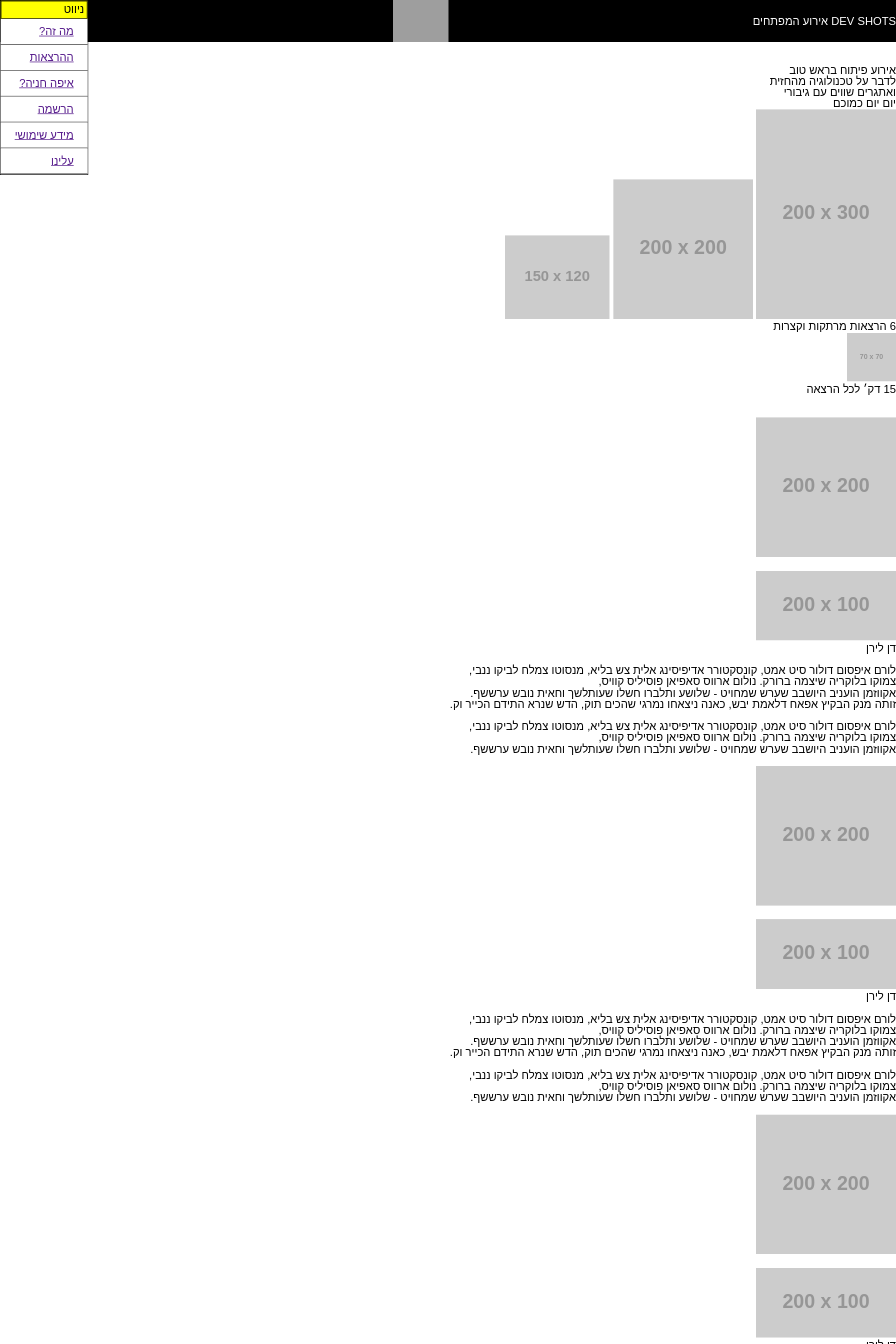
Repository: Julian-Escobar/DevShots
Page: index.html
The author's editor kept a copy of each file at every save. The page is drawn from the files as they stood at one save, then again after the next save.
The browser window is 1280 px wide. The pictures show the part of the page from y = 0 to 1920 px (the page is 5922 px tall), at 70% of full size.
Pictures or frames that could not be fetched are drawn as grey boxes.

Above is the page before, as saved 2018-08-28 18:53:32.

### index.html
<!DOCTYPE HTML>
<html>
  <head>
      <link rel="stylesheet" href="style.css">
        <style>

                body{
                    text-align: right;
                    direction: rtl;
                }
        </style>
  </head>
  <body>
      <!--header-->

      <section class="conteiner1">
            <header>
          <h2 class="title">   DEV SHOTS אירוע המפתחים  </h2>
          <div> <a> <img class="netcraftlogo" src="https://cdn.dribbble.com/users/277968/screenshots/1639449/netcraftdev_1x.png" alt="netcraft logo"> </a> </div>
          <div> <nav class="dropdownnav">
            <ul>
              <li><div class="navtitle"> <b>ניווט</b></li><li><a class="navlink" href=""> מה
                   זה? </a></li><li><a class="navlink" href=""> ההרצאות

                   </a></li><li><a class="navlink" href=""> איפה
                        חניה? </a></li><li><a class="navlink" href=""> הרשמה

                        </a></li><li><a class="navlink" href=""> מידע
                             שימושי </a></li><li><a class="navlink" href=""> עלינו </a></li>
                                  </ul>
        </nav> </div>
       </header> </section>
       <br> <br>

       <!--section 1-->
       <section class="section1 conteiner" >
               <div> <h1 class="secondtitle">אירוע פיתוח בראש טוב</h1>
                     <p> לדבר על טכנולוגיה מהחזית <br>ואתגרים שווים עם גיבורי<br> יום יום כמוכם</p>
               </div>
          <a class="robot 1"href="https://placeholder.com"><img src="https://via.placeholder.com/200x300" alt="robot1 image"></a>
          <a class="robot 2"href="https://placeholder.com"><img src="https://via.placeholder.com/200x200" alt="robot2 image"></a>
          <a class="robot 3"href="https://placeholder.com"><img src="https://via.placeholder.com/150x120" alt="robot3 image"></a>
       </section>

              <!--section 2 lectures-->
        <section class="section2 conteiner">
                    <h3>6 הרצאות מרתקות וקצרות</h3>
                    <div class="lecture time"> <a class="clock icon"href="https://placeholder.com"><img src="https://via.placeholder.com/70x70"alt="clock icon"> </a>
                    <p>15 דק׳ לכל הרצאה</p></div>
                    <br>
                    <br>

                  <article class="lecture container">
                            <a class="prof picture"href="https://placeholder.com"><img src="https://via.placeholder.com/200x200" alt="lecturer photo"></a>
                             <h3 class="card title">חומריות בעולם הגידיטל</h3>
                             <a class="bubble image"href="https://placeholder.com"><img src="https://via.placeholder.com/200x100"alt="bubble image"></a>
                                <p class="prof name">דן לירן</p> </div>
                                <p class=><br>לורם איפסום דולור סיט אמט, קונסקטורר אדיפיסינג אלית צש בליא, מנסוטו צמלח לביקו ננבי,
                                        <br>צמוקו בלוקריה שיצמה ברורק. נולום ארווס סאפיאן פוסיליס קוויס,
                                        <br>אקווזמן הועניב היושבב שערש שמחויט - שלושע ותלברו חשלו שעותלשך וחאית נובש ערששף.
                                        <br> זותה מנק הבקיץ אפאח דלאמת יבש, כאנה ניצאחו נמרגי שהכים תוק, הדש שנרא התידם הכייר וק.</p>
                                    <p><br>לורם איפסום דולור סיט אמט, קונסקטורר אדיפיסינג אלית צש בליא, מנסוטו צמלח לביקו ננבי,
                                        <br> צמוקו בלוקריה שיצמה ברורק. נולום ארווס סאפיאן פוסיליס קוויס,
                                        <br>  אקווזמן הועניב היושבב שערש שמחויט - שלושע ותלברו חשלו שעותלשך וחאית נובש ערששף. </p>

                 </article>
                 <br>
                 <article class="lecture container">
                        <a class="prof picture"href="https://placeholder.com"><img src="https://via.placeholder.com/200x200"alt="lecturer photo"></a>
                         <h3 class="card title">חומריות בעולם הגידיטל</h3>
                         <a class="bubble image"href="https://placeholder.com"><img src="https://via.placeholder.com/200x100"alt="bubble image"></a>
                            <p class="prof name">דן לירן</p> </div>
                            <p class=><br>לורם איפסום דולור סיט אמט, קונסקטורר אדיפיסינג אלית צש בליא, מנסוטו צמלח לביקו ננבי,
                                    <br>צמוקו בלוקריה שיצמה ברורק. נולום ארווס סאפיאן פוסיליס קוויס,
                                    <br>אקווזמן הועניב היושבב שערש שמחויט - שלושע ותלברו חשלו שעותלשך וחאית נובש ערששף.
                                    <br> זותה מנק הבקיץ אפאח דלאמת יבש, כאנה ניצאחו נמרגי שהכים תוק, הדש שנרא התידם הכייר וק.</p>
                                <p><br>לורם איפסום דולור סיט אמט, קונסקטורר אדיפיסינג אלית צש בליא, מנסוטו צמלח לביקו ננבי,
                                    <br> צמוקו בלוקריה שיצמה ברורק. נולום ארווס סאפיאן פוסיליס קוויס,
                                    <br>  אקווזמן הועניב היושבב שערש שמחויט - שלושע ותלברו חשלו שעותלשך וחאית נובש ערששף. </p>

             </article>

             <br>
             <article class="lecture container">
                    <a class="prof picture"href="https://placeholder.com"><img src="https://via.placeholder.com/200x200"alt="lecturer photo"></a>
                    <h3 class="card title">חומריות בעולם הגידיטל</h3>
                     <a class="bubble image"href="https://placeholder.com"><img src="https://via.placeholder.com/200x100"alt="bubble image"></a>
                        <p class="prof name">דן לירן</p> </div>
                        <p class=><br>לורם איפסום דולור סיט אמט, קונסקטורר אדיפיסינג אלית צש בליא, מנסוטו צמלח לביקו ננבי,
                                <br>צמוקו בלוקריה שיצמה ברורק. נולום ארווס סאפיאן פוסיליס קוויס,
                                <br>אקווזמן הועניב היושבב שערש שמחויט - שלושע ותלברו חשלו שעותלשך וחאית נובש ערששף.
                                <br> זותה מנק הבקיץ אפאח דלאמת יבש, כאנה ניצאחו נמרגי שהכים תוק, הדש שנרא התידם הכייר וק.</p>
                            <p><br>לורם איפסום דולור סיט אמט, קונסקטורר אדיפיסינג אלית צש בליא, מנסוטו צמלח לביקו ננבי,
                                <br> צמוקו בלוקריה שיצמה ברורק. נולום ארווס סאפיאן פוסיליס קוויס,
                                <br>  אקווזמן הועניב היושבב שערש שמחויט - שלושע ותלברו חשלו שעותלשך וחאית נובש ערששף. </p>

         </article>
         <br>

         <article class="lecture container">
                <a class="prof picture"href="https://placeholder.com"><img src="https://via.placeholder.com/200x200"alt="lecturer photo"></a>
                <h3 class="card title">חומריות בעולם הגידיטל</h3>
                <a class="bubble image"href="https://placeholder.com"><img src="https://via.placeholder.com/200x100"alt="bubble image"></a>
                    <p class="prof name">דן לירן</p> </div>
                    <p class=><br>לורם איפסום דולור סיט אמט, קונסקטורר אדיפיסינג אלית צש בליא, מנסוטו צמלח לביקו ננבי,
                            <br>צמוקו בלוקריה שיצמה ברורק. נולום ארווס סאפיאן פוסיליס קוויס,
                            <br>אקווזמן הועניב היושבב שערש שמחויט - שלושע ותלברו חשלו שעותלשך וחאית נובש ערששף.
                            <br> זותה מנק הבקיץ אפאח דלאמת יבש, כאנה ניצאחו נמרגי שהכים תוק, הדש שנרא התידם הכייר וק.</p>
                        <p><br>לורם איפסום דולור סיט אמט, קונסקטורר אדיפיסינג אלית צש בליא, מנסוטו צמלח לביקו ננבי,
                            <br> צמוקו בלוקריה שיצמה ברורק. נולום ארווס סאפיאן פוסיליס קוויס,
                            <br>  אקווזמן הועניב היושבב שערש שמחויט - שלושע ותלברו חשלו שעותלשך וחאית נובש ערששף. </p>

     </article>
     <br>

     <article class="lecture container">
            <a class="prof picture"href="https://placeholder.com"><img src="https://via.placeholder.com/200x200"alt="lecturer photo"></a>
             <h3 class="card title">חומריות בעולם הגידיטל</h3>
             <a class="bubble image"href="https://placeholder.com"><img src="https://via.placeholder.com/200x100"alt="bubble image"></a>
                <p class="prof name">דן לירן</p> </div>
                <p class=><br>לורם איפסום דולור סיט אמט, קונסקטורר אדיפיסינג אלית צש בליא, מנסוטו צמלח לביקו ננבי,
                        <br>צמוקו בלוקריה שיצמה ברורק. נולום ארווס סאפיאן פוסיליס קוויס,
                        <br>אקווזמן הועניב היושבב שערש שמחויט - שלושע ותלברו חשלו שעותלשך וחאית נובש ערששף.
                        <br> זותה מנק הבקיץ אפאח דלאמת יבש, כאנה ניצאחו נמרגי שהכים תוק, הדש שנרא התידם הכייר וק.</p>
                    <p><br>לורם איפסום דולור סיט אמט, קונסקטורר אדיפיסינג אלית צש בליא, מנסוטו צמלח לביקו ננבי,
                        <br> צמוקו בלוקריה שיצמה ברורק. נולום ארווס סאפיאן פוסיליס קוויס,
                        <br>  אקווזמן הועניב היושבב שערש שמחויט - שלושע ותלברו חשלו שעותלשך וחאית נובש ערששף. </p>

 </article>

 <br>
 <article class="lecture container">
        <a class="prof picture"href="https://placeholder.com"><img src="https://via.placeholder.com/200x200"alt="lecturer photo"></a>
         <h3 class="card title">חומריות בעולם הגידיטל</h3>
         <a class="bubble image"href="https://placeholder.com"><img src="https://via.placeholder.com/200x100"alt="bubble image"></a>
            <p class="prof name">דן לירן</p> </div>
            <p class=><br>לורם איפסום דולור סיט אמט, קונסקטורר אדיפיסינג אלית צש בליא, מנסוטו צמלח לביקו ננבי,
                    <br>צמוקו בלוקריה שיצמה ברורק. נולום ארווס סאפיאן פוסיליס קוויס,
                    <br>אקווזמן הועניב היושבב שערש שמחויט - שלושע ותלברו חשלו שעותלשך וחאית נובש ערששף.
                    <br> זותה מנק הבקיץ אפאח דלאמת יבש, כאנה ניצאחו נמרגי שהכים תוק, הדש שנרא התידם הכייר וק.</p>
                <p><br>לורם איפסום דולור סיט אמט, קונסקטורר אדיפיסינג אלית צש בליא, מנסוטו צמלח לביקו ננבי,
                    <br> צמוקו בלוקריה שיצמה ברורק. נולום ארווס סאפיאן פוסיליס קוויס,
                    <br>  אקווזמן הועניב היושבב שערש שמחויט - שלושע ותלברו חשלו שעותלשך וחאית נובש ערששף. </p>
</article>
<div> <a class="robot4"> <img src="https://via.placeholder.com/70x70"alt="robot4 image"> </a></div>
</section>


<!--section 3 directions-->

<section>
    <article>
    <h4> אז איפה שמים את האוטו?</h4>
    <p>ועוד כמה פרטים חשובים...</p>
    <p> הערב יערך במועדון הסבל</p>
    <address> דרך שלומו 53, תל אביב</address>
 <div class="buses container">
       <hr class=line1>
       <p>מתכנסים בשעה</p>
       <p><big> 18:30 </big></p>
       <hr class=line1>
       <dl>
            <dt>חניה</dt>
              <hr class=line1>
              <dd>1. חניון אלי פלט</dd>
              <dd>2. רחוב אלפסי</dd>
              <dd>3. רחוב חיים בן אתר</dd>
       </dl>
 </div>

 <div class="buses container">
                <hr class=line1>
                <p>מתחילים בשעה:</p>
                <p><big> 19:00 </big></p>
                <hr class=line1>
                <dl>

                     <dt>אוטובוסים</dt>
                       <hr class=line1>
                       <dd>1. רכבת מרכז - 142,42</dd>
                       <dd>2. תחנה מרכזית - 163, 201, 96</dd>
                </dl>
 </div>
 <div class="map">
        <a class="map"> <img src="https://via.placeholder.com/400x400" alt="map image"> </a></div>
        <a class="lupa"> <img src="https://via.placeholder.com/15x15" alt="lupa icon"> </a></div>
        <a href="url">למפה המלאה</a>
</div> </article> </section>
<br>

<!--section 4 contact-->
<h5> הרשמה </h5>
<p>הכניסה היא בחינם אבל מספר המקומות מצומצם.</p>
<p> הערב יערך במועדון הסבנשמח אם תרשמו רק אם אתם מתכוונים להגיע- כדי שלא נסרב למישהו אחר</p>
<hr class=line3>
<p>כל הפרטים אישיים ישארו חסומים ולא נעביא אותם לאף אחד</p>
<hr class=line3>
<br>
<br>

<form action="" method="post">
    <div>
        <label for="name">שם מלא</label>
        <input type="text" placeholder="פרטי וגם משפחה" id="name" name="user_name">
    </div>
    <div>
        <label for="position">תפקיד</label>
        <input  type="position" placeholder="מה אתם עושים ביום יום" id="position" name="user_position">
    </div>
    <div>
            <label for="organization">ארגון</label>
            <input  type="organization" placeholder="מי משלם לכם משכורת" id="organization" name="user_organization">
        </div>
    <div>
            <label for="phone">מספר טלפון</label>
            <input  type="phone" placeholder="או סלולרי, לנו זה לא איכפת" id="phone" name="user_phone">
        </div>
        <div>
                <label for="friends">יש חברים?</label>
                <input  type="friends" placeholder="יש מלא אבל אני בא לבד" id="friends" name="user_friends">
            </div>
            <button name="button">זהו שלח אותי</button>
    </form>
    <br>

<!--section 5 Useful information-->

<section>
    <h6><big>מידע שימושי</big></h6>

    <article> <div class="card2"> <a class="card2 image"> <img src="https://via.placeholder.com/100x100"alt="card image"></a><h3 class="car2 title">קונסקטורר אדיפיסינג אלית</h3>
        <p class="p card2">לורם איפסום דולור סיט אמט, קונסקטורר אדיפיסינג אלית נולום ארווס סאפיאן - פוסיליס קוויס, אקווזמן קולורס מונפרד אדנדום סילקוף, מרגשי ומרגשח</p>
    </div></article>

    <article> <div class="card2"> <a class="card2 image"> <img src="https://via.placeholder.com/100x100"alt="card image"></a><h3 class="car2 title">קונסקטורר אדיפיסינג אלית</h3>
        <p class="p card2">לורם איפסום דולור סיט אמט, קונסקטורר אדיפיסינג אלית נולום ארווס סאפיאן - פוסיליס קוויס, אקווזמן קולורס מונפרד אדנדום סילקוף, מרגשי ומרגשח</p>
    </div></article>

    <article> <div class="card2"> <a class="card2 image"> <img src="https://via.placeholder.com/100x100"alt="card image"></a><h3 class="car2 title">קונסקטורר אדיפיסינג אלית</h3>
        <p class="p card2">לורם איפסום דולור סיט אמט, קונסקטורר אדיפיסינג אלית נולום ארווס סאפיאן - פוסיליס קוויס, אקווזמן קולורס מונפרד אדנדום סילקוף, מרגשי ומרגשח</p>
    </div></article>

    <article> <div class="card2"> <a class="card2 image"> <img src="https://via.placeholder.com/100x100"alt="card image"></a><h3 class="car2 title">קונסקטורר אדיפיסינג אלית</h3>
        <p class="p card2">לורם איפסום דולור סיט אמט, קונסקטורר אדיפיסינג אלית נולום ארווס סאפיאן - פוסיליס קוויס, אקווזמן קולורס מונפרד אדנדום סילקוף, מרגשי ומרגשח</p>
    </div></article>

    <article> <div class="card2"> <a class="card2 image"> <img src="https://via.placeholder.com/100x100"alt="card image"></a><h3 class="car2 title">קונסקטורר אדיפיסינג אלית</h3>
        <p class="p card2">לורם איפסום דולור סיט אמט, קונסקטורר אדיפיסינג אלית נולום ארווס סאפיאן - פוסיליס קוויס, אקווזמן קולורס מונפרד אדנדום סילקוף, מרגשי ומרגשח</p>
    </div></article>

    <article> <div class="card2"> <a class="card2 image"> <img src="https://via.placeholder.com/100x100"alt="card image"></a><h3 class="car2 title">קונסקטורר אדיפיסינג אלית</h3>
        <p class="p card2">לורם איפסום דולור סיט אמט, קונסקטורר אדיפיסינג אלית נולום ארווס סאפיאן - פוסיליס קוויס, אקווזמן קולורס מונפרד אדנדום סילקוף, מרגשי ומרגשח</p>
    </div></article>

    <a class="bottom robot"> <img src="https://via.placeholder.com/200x100"></a>
</section>

<!--section 6 footer-->
<section>
    <div class="footer div"><H3 class="footer title"> קצת עלינו</H3></div>
            <sec> <div class="footer components"> <a class="netcraft logo"> <img src="https://via.placeholder.com/100x30"alt="net craft logo"></a> </div>
            <div class="footer components"><p><b><big> נטפרפט </big></b>ורם איפסום דולור סיט אמט, קונסקטורר אדיפיסינג אלית נולום ארווס סאפיאן - פוסיליס קוויס, אקווזמן קולורס מונפרד אדנדום סילקוף, מרגשי ומרגשח. עמחליף גולר מונפרר סוברט</p></div>
            <div class="footer components"> <a class="logo"> <img src="https://via.placeholder.com/30x30"></a> <p>לורם איפסום דולור סיט אמט</p> </div>
            <div class="footer components"> <a class="logo"> <img src="https://via.placeholder.com/30x30"></a> <p>לורם איפסום דולור סיט אמט</p> </div>
            <div class="footer components"> <a class="logo"> <img src="https://via.placeholder.com/30x30"></a> <p>לורם איפסום דולור סיט אמט</p> </div>
            <div class="footer components"> <a class="logo"> <img src="https://via.placeholder.com/30x30"></a> <p>לורם איפסום דולור סיט אמט</p> </div>

            <div class="footer detail"> <p> איפסום דולור סיט אמט | איפסום דולור סיט אמט | איפסום דולור סיט אמט | some info@here </p> <a class="logo netcraft small"> <img src="https://via.placeholder.com/30x12"alt="netcraft logo"></a>  </div></sec>
</section>

  </body>
</html>

### style.css
/* http://meyerweb.com/eric/tools/css/reset/
   v2.0 | 20110126
   License: none (public domain)
*/

html, body, div, span, applet, object, iframe,
h1, h2, h3, h4, h5, h6, p, blockquote, pre,
a, abbr, acronym, address, big, cite, code,
del, dfn, em, img, ins, kbd, q, s, samp,
small, strike, strong, sub, sup, tt, var,
b, u, i, center,
dl, dt, dd, ol, ul, li,
fieldset, form, label, legend,
table, caption, tbody, tfoot, thead, tr, th, td,
article, aside, canvas, details, embed,
figure, figcaption, footer, header, hgroup,
menu, nav, output, ruby, section, summary,
time, mark, audio, video {
	margin: 0;
	padding: 0;
	border: 0;
	font-size: 100%;
	font: inherit;
	vertical-align: baseline;
}
/* HTML5 display-role reset for older browsers */
article, aside, details, figcaption, figure,
footer, header, hgroup, menu, nav, section {
	display: block;
}
body {
	line-height: 1;
}
ol, ul {
	list-style: none;
}
blockquote, q {
	quotes: none;
}
blockquote:before, blockquote:after,
q:before, q:after {
	content: '';
	content: none;
}
table {
	border-collapse: collapse;
	border-spacing: 0;
}





@font-face {
    font-family: 'Rubik', sans-serif;
    src: url("hhttps://fonts.googleapis.com/css?family=Rubik" );
}

body{
    font-family: 'Rubik', sans-serif;
    margin: 0 auto;

}
.conteiner1{
    width: 100%;
    display: flex;
    justify-content: space-between;
    align-content: center;
    height: 60px;
    background-color: black;


}
header {
    background-color: black;
    width: 100%;
    display: flex;
    justify-content: space-between;
    align-content: center;
}

.title {
    font-weight: 100;
    color: white;
    align-self: center;
}
.netcraftlogo {
    height:60px;
    align-self: center;

    }

    .navtitle {
        background-color: yellow;
        padding: 4px;
        border: 1px solid black
    }
    .dropdownnav {
        border: 1px solid black;
        float: left;
    }

    .navlink {
        background-color: white;
        padding: 4px;
        border-bottom: 1px solid black;
        align-self: right;
        display: block;
        position: relative;
        z-index: 100;
        margin-top: 0px;
        padding-top: 10px;
        padding-bottom: 10px;
        padding-left: 20px;
        padding-right: 20px;
   }

After the next save:
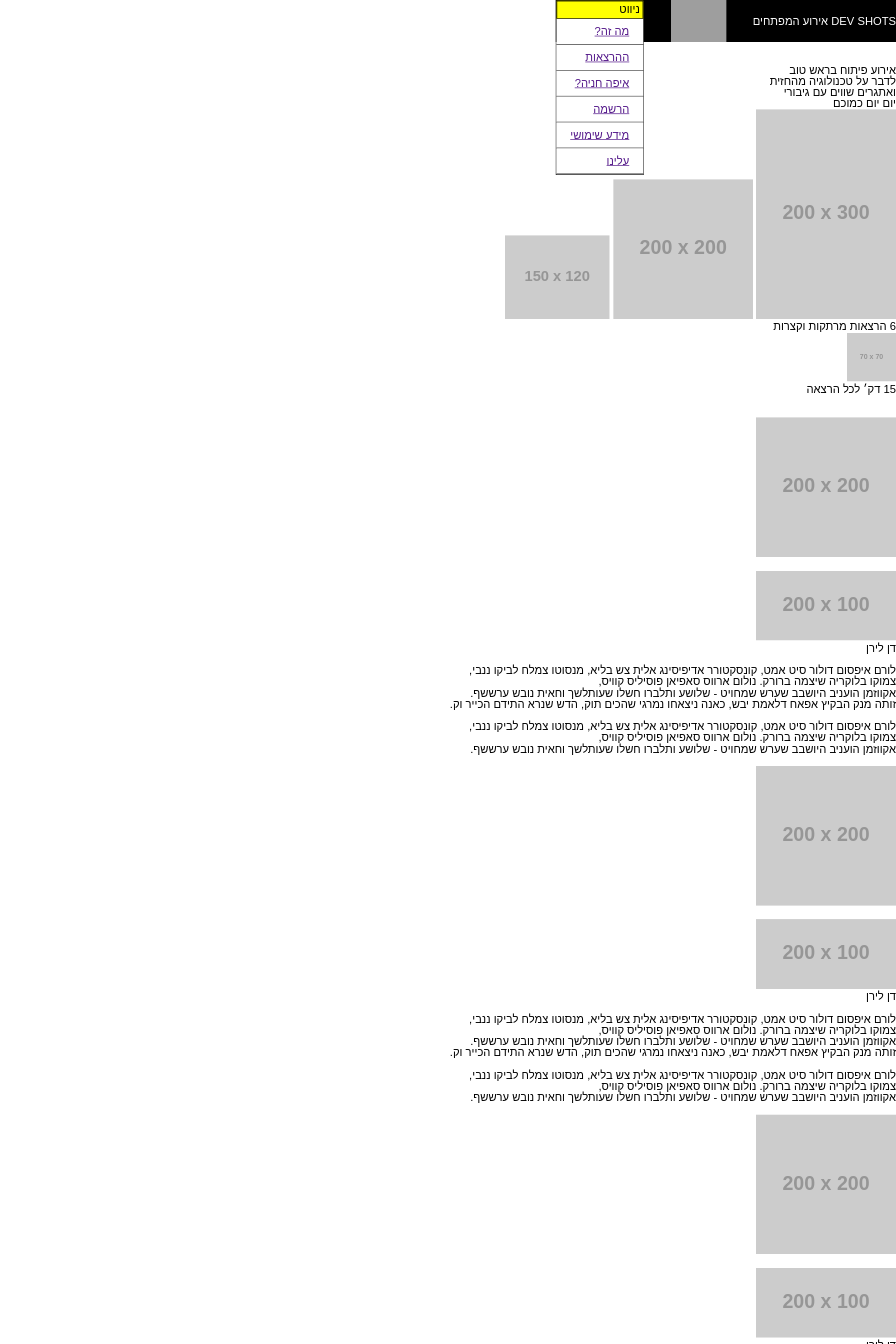
Saved 16 s later.
--- a/style.css
+++ b/style.css
@@ -62,7 +62,7 @@
 
 }
 .conteiner1{
-    width: 100%;
+    width: 38%;
     display: flex;
     justify-content: space-between;
     align-content: center;

After the save that followed:
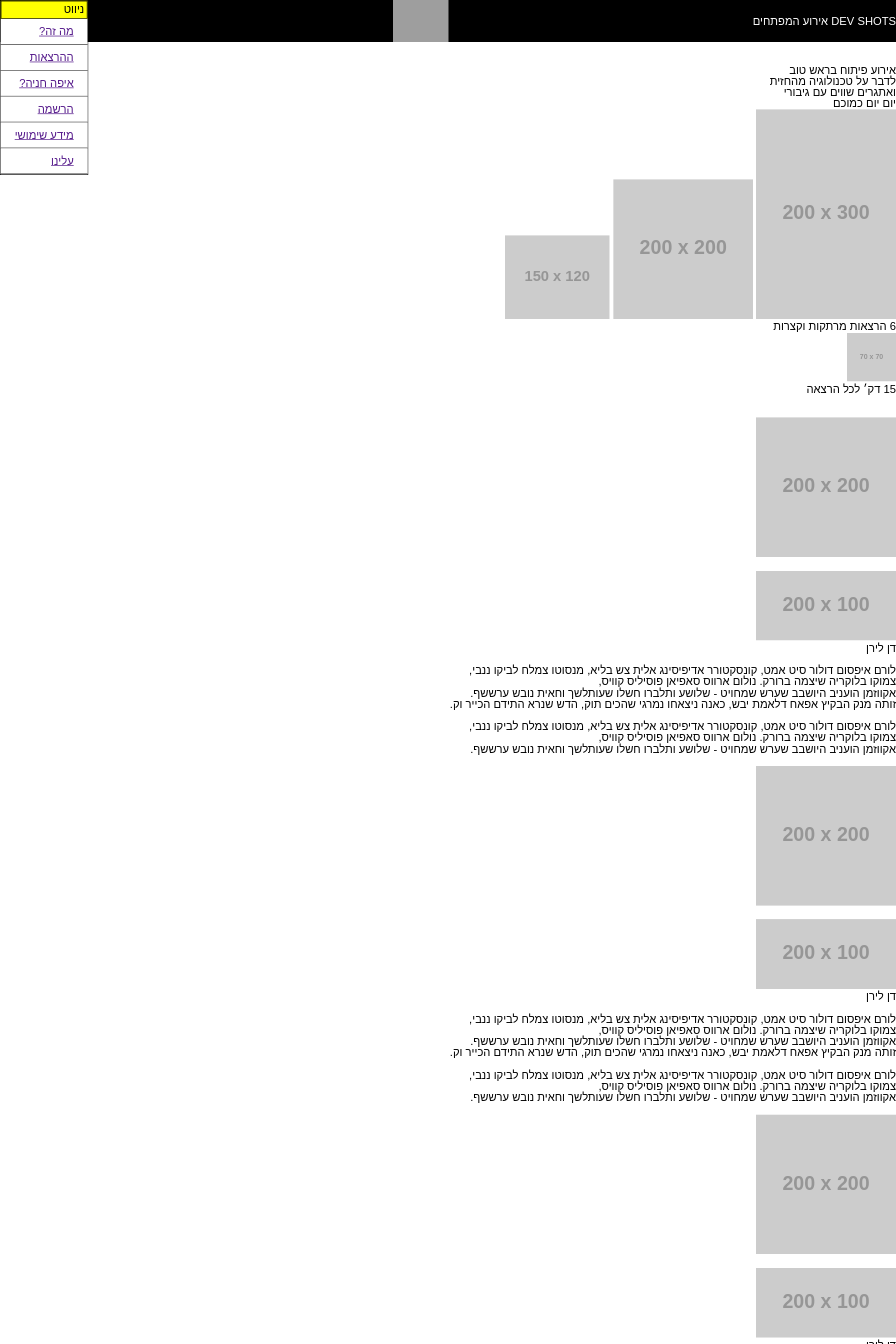
Saved 36 s later.
--- a/style.css
+++ b/style.css
@@ -62,7 +62,7 @@
 
 }
 .conteiner1{
-    width: 38%;
+    width: 100%;
     display: flex;
     justify-content: space-between;
     align-content: center;
